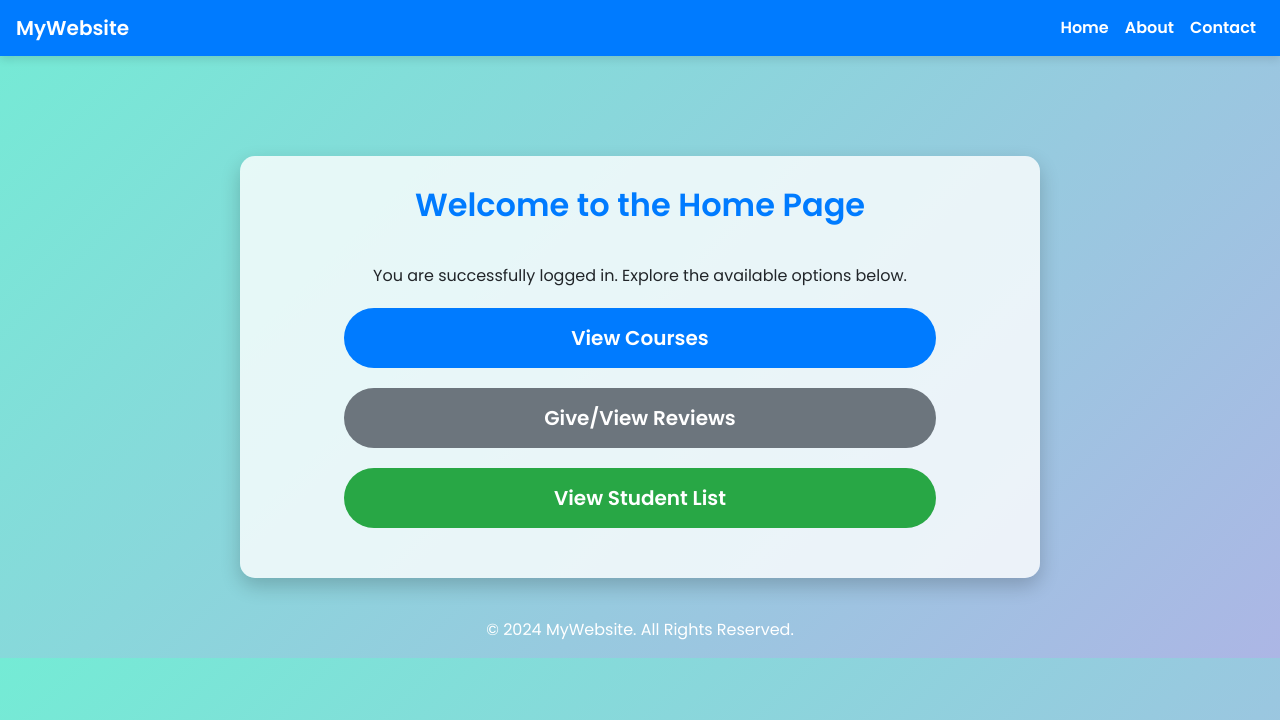
Repository: Jagadeesh5242/ERP
Page: http://localhost/home
These files come from the project's save history. The page is drawn as it stood at one moment and after the next save; the edit follows.
The browser window is 1280 px wide. The pictures show the whole page.
Some web libraries are served in a nearby version. The page is this project's Thymeleaf template; nobody is signed in. The template is opened directly, without the code that normally fills it, so the values that code supplies are empty.

Above is the page before, as saved 2024-09-25 05:07:32.

### Student-Database-Management-System-using-JAVA-Spring-Boot-master/src/main/resources/templates/home.html
<!DOCTYPE html>
<html lang="en" xmlns:th="http://www.thymeleaf.org">

<head>
    <meta charset="UTF-8">
    <meta name="viewport" content="width=device-width, initial-scale=1.0">
    <title>Home</title>
    <link rel="stylesheet" href="https://stackpath.bootstrapcdn.com/bootstrap/4.2.1/css/bootstrap.min.css"
    integrity="sha384-GJzZqFGwb1QTTN6wy59ffF1BuGJpLSa9DkKMp0DgiMDm4iYMj70gZWKYbI706tWS" crossorigin="anonymous">

    <!-- Google Fonts -->
    <link href="https://fonts.googleapis.com/css2?family=Poppins:wght@400;600&display=swap" rel="stylesheet">

    <style>
        body {
            background: linear-gradient(135deg, #74ebd5, #ACB6E5);
            font-family: 'Poppins', sans-serif;
        }
        .navbar {
            background-color: #007bff;
            box-shadow: 0 4px 8px rgba(0, 0, 0, 0.1);
        }
        .navbar-brand, .nav-link {
            color: #fff !important;
            font-weight: 600;
        }
        .navbar-brand:hover, .nav-link:hover {
            color: #f1f1f1 !important;
        }
        .container {
            margin-top: 100px;
            max-width: 800px;
            background-color: rgba(255, 255, 255, 0.8);
            border-radius: 15px;
            padding: 30px;
            box-shadow: 0 8px 20px rgba(0, 0, 0, 0.2);
            text-align: center;
        }
        h2 {
            color: #007bff;
            margin-bottom: 40px;
            font-weight: 600;
        }
        .btn-custom {
            display: block;
            width: 80%;
            margin: 20px auto;
            padding: 15px;
            font-size: 20px;
            border-radius: 50px;
            font-weight: 600;
            transition: background 0.3s ease;
        }
        .btn-custom:hover {
            background-color: #0056b3 !important;
            color: #fff !important;
        }
        .btn-primary {
            background-color: #007bff;
            border: none;
        }
        .btn-secondary {
            background-color: #6c757d;
            border: none;
        }
        .btn-success {
            background-color: #28a745;
            border: none;
        }
        .footer {
            margin-top: 40px;
            color: #fff;
        }
    </style>
</head>

<body>

    <!-- Navbar -->
    <nav class="navbar navbar-expand-lg navbar-dark">
        <a class="navbar-brand" href="#">MyWebsite</a>
        <button class="navbar-toggler" type="button" data-toggle="collapse" data-target="#navbarNav" aria-controls="navbarNav" aria-expanded="false" aria-label="Toggle navigation">
            <span class="navbar-toggler-icon"></span>
        </button>
        <div class="collapse navbar-collapse justify-content-end" id="navbarNav">
            <ul class="navbar-nav">
                <li class="nav-item active">
                    <a class="nav-link" href="#">Home</a>
                </li>
                <li class="nav-item">
                    <a class="nav-link" href="#">About</a>
                </li>
                <li class="nav-item">
                    <a class="nav-link" href="#">Contact</a>
                </li>
            </ul>
        </div>
    </nav>

    <!-- Main Content -->
    <div class="container">
        <h2>Welcome to the Home Page</h2>
        <p>You are successfully logged in. Explore the available options below.</p>

        <a th:href="@{/courses}" class="btn btn-primary btn-custom">View Courses</a>
        <a th:href="@{/reviews}" class="btn btn-secondary btn-custom">Give/View Reviews</a>
        <a th:href="@{/students}" class="btn btn-success btn-custom">View Student List</a>
    </div>

    <!-- Footer -->
    <footer class="footer text-center">
        <p>&copy; 2024 MyWebsite. All Rights Reserved.</p>
    </footer>

    <!-- Optional JavaScript -->
    <script src="https://code.jquery.com/jquery-3.3.1.slim.min.js" integrity="sha384-q8i/X+965DzO0rT7abK41JStQIAqVgRVzpbzo5smXKp4YfRvH+8abtTE1Pi6jizo" crossorigin="anonymous"></script>
    <script src="https://cdnjs.cloudflare.com/ajax/libs/popper.js/1.14.6/umd/popper.min.js" integrity="sha384-wHAiXtOHR3lBM58TFAyAhrqUzQfeFf3A/NxPHlDgHuJykP5fDpoT9bUkl76PbY7" crossorigin="anonymous"></script>
    <script src="https://stackpath.bootstrapcdn.com/bootstrap/4.2.1/js/bootstrap.min.js" integrity="sha384-B0UglyR+LyLkK3AgBXk2n7J3ntw3slVVf6B1Y5mZl5V9zVRslw0b5B37EpC7zWGI" crossorigin="anonymous"></script>
</body>

</html>

After the next save:
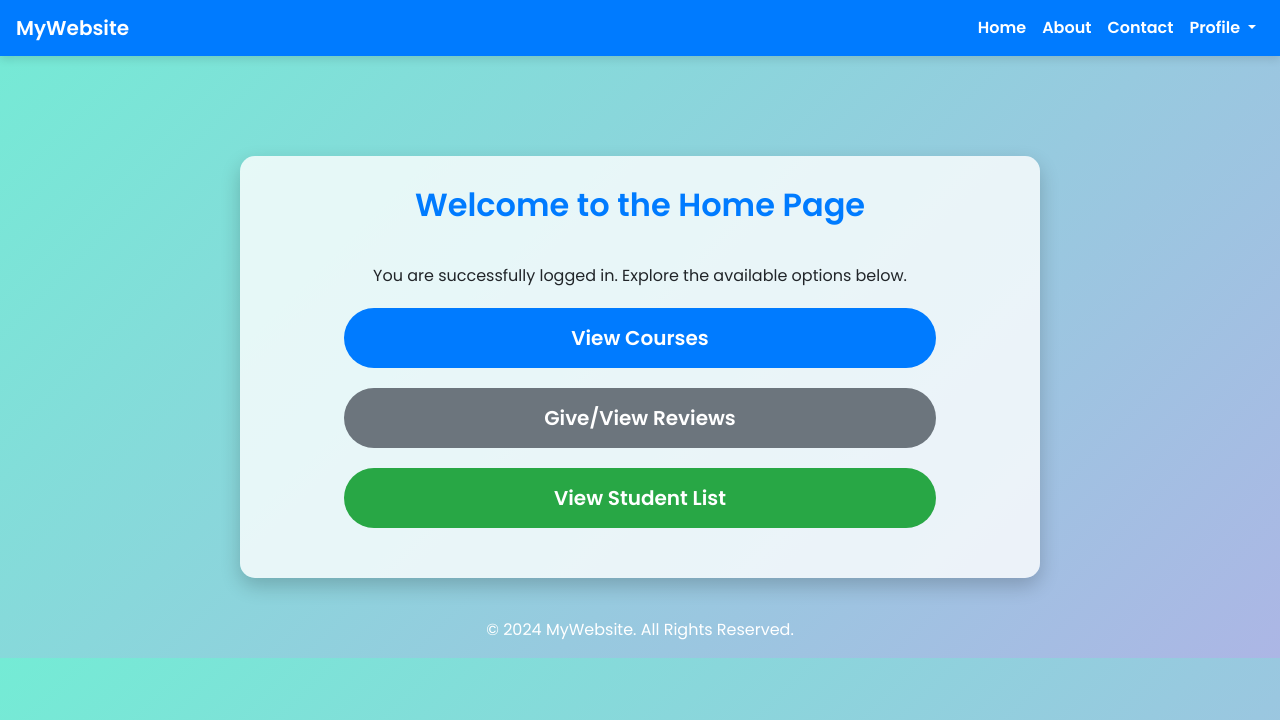
Saved 2 min 55 s later.
--- a/Student-Database-Management-System-using-JAVA-Spring-Boot-master/src/main/resources/templates/home.html
+++ b/Student-Database-Management-System-using-JAVA-Spring-Boot-master/src/main/resources/templates/home.html
@@ -71,6 +71,19 @@
             margin-top: 40px;
             color: #fff;
         }
+        .dropdown-menu {
+            background-color: #f8f9fa;
+            border-radius: 5px;
+            box-shadow: 0 4px 8px rgba(0, 0, 0, 0.1);
+        }
+        .dropdown-item {
+            color: #007bff;
+            font-weight: 500;
+        }
+        .dropdown-item:hover {
+            background-color: #e9ecef;
+            color: #0056b3;
+        }
     </style>
 </head>
 
@@ -92,6 +105,18 @@
                 </li>
                 <li class="nav-item">
                     <a class="nav-link" href="#">Contact</a>
+                </li>
+
+                <!-- Profile Dropdown -->
+                <li class="nav-item dropdown">
+                    <a class="nav-link dropdown-toggle" href="#" id="navbarDropdown" role="button" data-toggle="dropdown" aria-haspopup="true" aria-expanded="false">
+                        Profile
+                    </a>
+                    <div class="dropdown-menu" aria-labelledby="navbarDropdown">
+                        <a class="dropdown-item" th:href="@{/profile}">View Profile</a>
+                        <div class="dropdown-divider"></div>
+                        <a class="dropdown-item" href="#" th:href="@{/login}">Logout</a>
+                    </div>
                 </li>
             </ul>
         </div>
